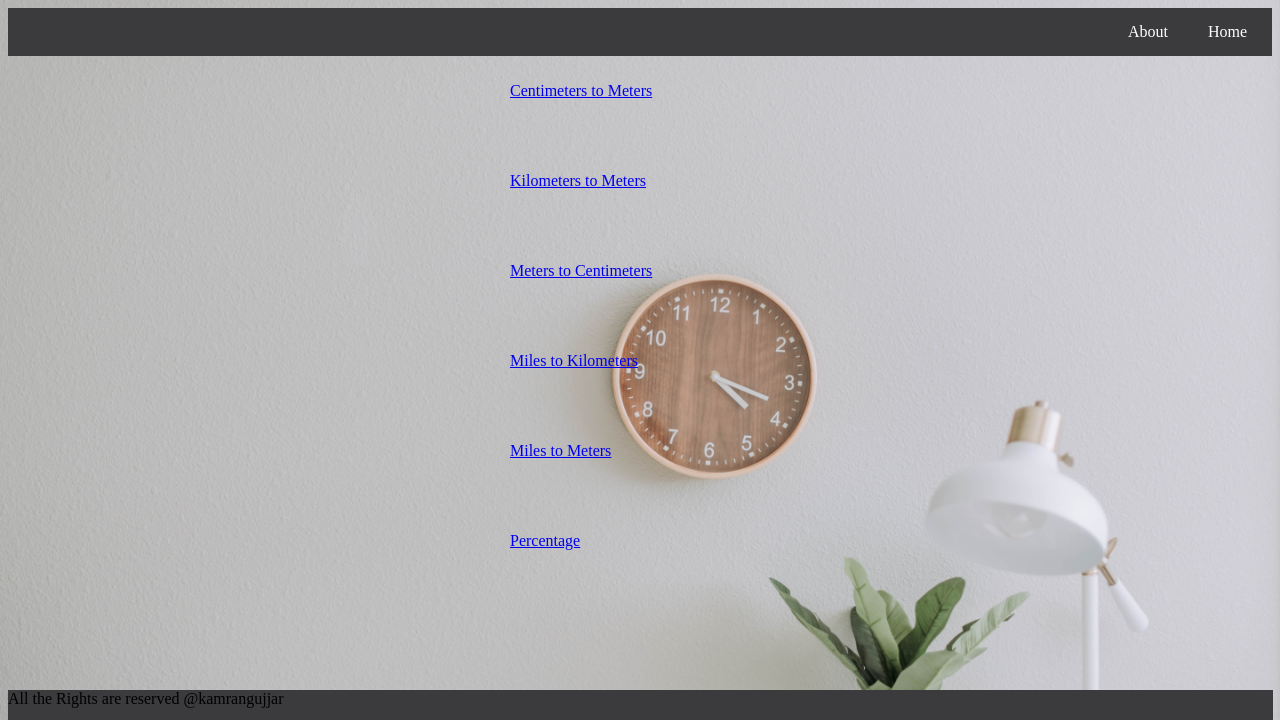
Repository: Kamrangujjar85112/Length-Converter
Page: html/home.html
These files come from the project's save history. The page is drawn as it stood at one moment and after the next save; the edit follows.
The browser window is 1280 px wide. The pictures show the whole page.

Above is the page before, as saved 2022-01-21 04:41:48.

After the next save:
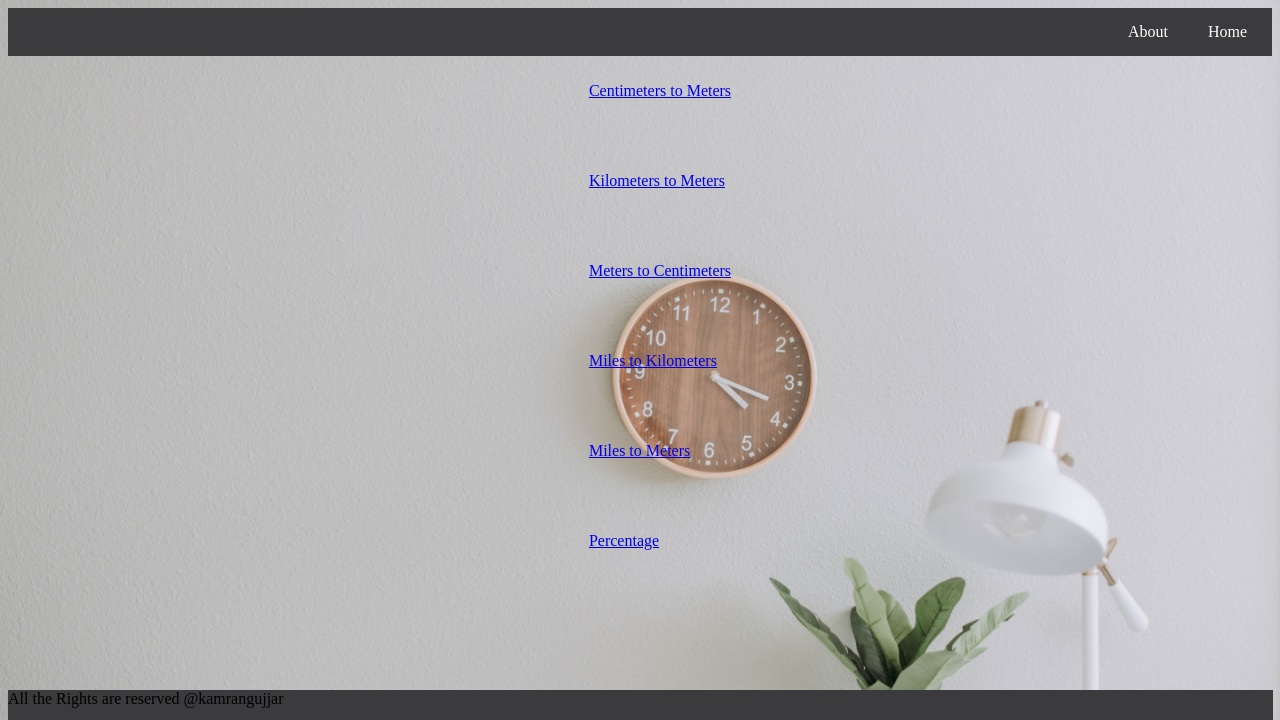
Saved 16 s later.
--- a/css/style.css
+++ b/css/style.css
@@ -33,9 +33,10 @@
 }
 .link {
     list-style: none;
+    text-align: left;
+    align-items: left;
+    margin: 10px;
 
-    margin: 10px;
-    width: 300px;
     height: 80px;
 }
 .link a{

After the save that followed:
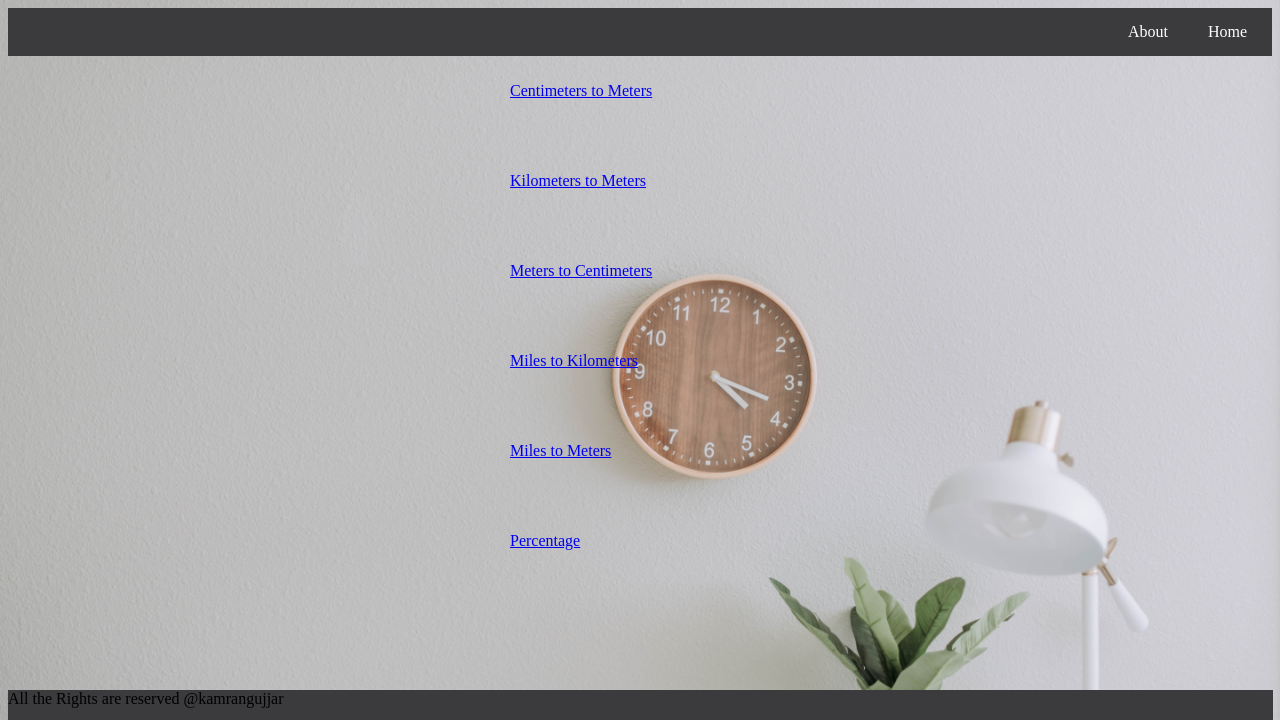
Saved 13 s later.
--- a/css/style.css
+++ b/css/style.css
@@ -36,12 +36,11 @@
     text-align: left;
     align-items: left;
     margin: 10px;
-
+    width: 300px;
     height: 80px;
 }
 .link a{
     height: 500px;
-    align-items: center;
 
 }
 .nav-li a:hover {
